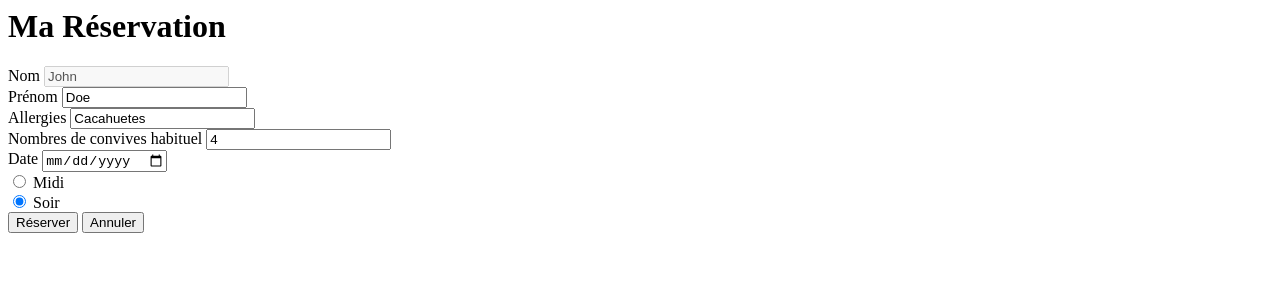
Repository: lemonhao9/QuaiAntiqueRestaurantFront
Page: pages/reservations/reserver.html
These files come from the project's save history. The page is drawn as it stood at one moment and after the next save; the edit follows.
The browser window is 1280 px wide. The pictures show the whole page.

Above is the page before, as saved 2025-01-24 16:04:04.

### pages/reservations/reserver.html
<div class="hero-scene text-center text-white">
    <div class="hero-scene-content">
            <h1>Ma Réservation</h1>
    </div>
</div>

<div class="container">
    <form>
        <div class="mb-3">
            <label for="NomInput" class="form-label">Nom</label>
            <input disabled type="text" class="form-control" id="NomInput" placeholder="Votre nom" value="John" name="Nom">
        </div>
        <div class="mb-3">
            <label for="PrenomInput" class="form-label">Prénom</label>
            <input type="text" class="form-control" id="PrenomInput" placeholder="Votre prénom" value="Doe" name="Prenom">
        </div>
        <div class="mb-3">
          <label for="AllergieInput" class="form-label">Allergies</label>
          <input type="text" class="form-control" id="AllergieInput" placeholder="Vos allergies (fruits de mer, arachides…)"  value="Cacahuetes" name="Allergies">
        </div>
        <div class="mb-3">
            <label for="NbConvivesInput" class="form-label">Nombres de convives habituel</label>
            <input type="number" class="form-control" id="NbConvivesInput" placeholder="Combien vous êtes habituellement ?"  value="4" name="NbConvives">
        </div>
        <div class="mb-3">
            <label for="DateInput" class="form-label"> Date</label>
            <input type="date" class="form-control" id="DateInput" name="Date">
        </div>
        <div class="mb-3">
            <div class="form-check">
                <input class="form-check-input" type="radio" name="serviceChoisi" id="midiRadio">
                <label class="form-check-label" for="midiRadio">
                  Midi
                </label>
              </div>
              <div class="form-check">
                <input class="form-check-input" type="radio" name="serviceChoisi" id="soirRadio" checked>
                <label class="form-check-label" for="soirRadio">
                  Soir
                </label>
              </div>
        </div>
        <div class="text-center">
            <button type="submit" class="btn btn-primary">Réserver</button>
            <button type="button" class="btn btn-danger">Annuler</button>
        </div>
    </form>
</div>

After the next save:
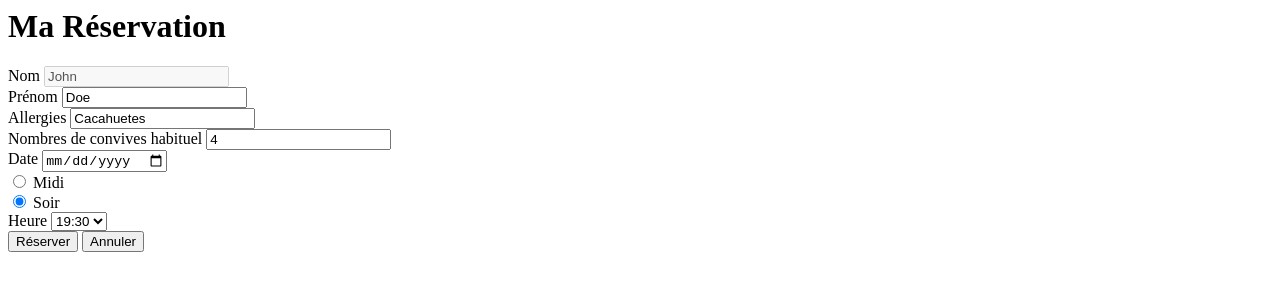
Saved 6 min 26 s later.
--- a/pages/reservations/reserver.html
+++ b/pages/reservations/reserver.html
@@ -40,6 +40,18 @@
                 </label>
               </div>
         </div>
+        <div class="mb-3">
+            <label for="DateInput" class="form-label">Heure</label>
+            <select class="form-select" id="selectHour">
+                <option>19:30</option>
+                <option>19:45</option>
+                <option>20:00</option>
+                <option>20:15</option>
+                <option>20:30</option>
+                <option>20:45</option>
+                <option>21:00</option>
+            </select>
+        </div>
         <div class="text-center">
             <button type="submit" class="btn btn-primary">Réserver</button>
             <button type="button" class="btn btn-danger">Annuler</button>
